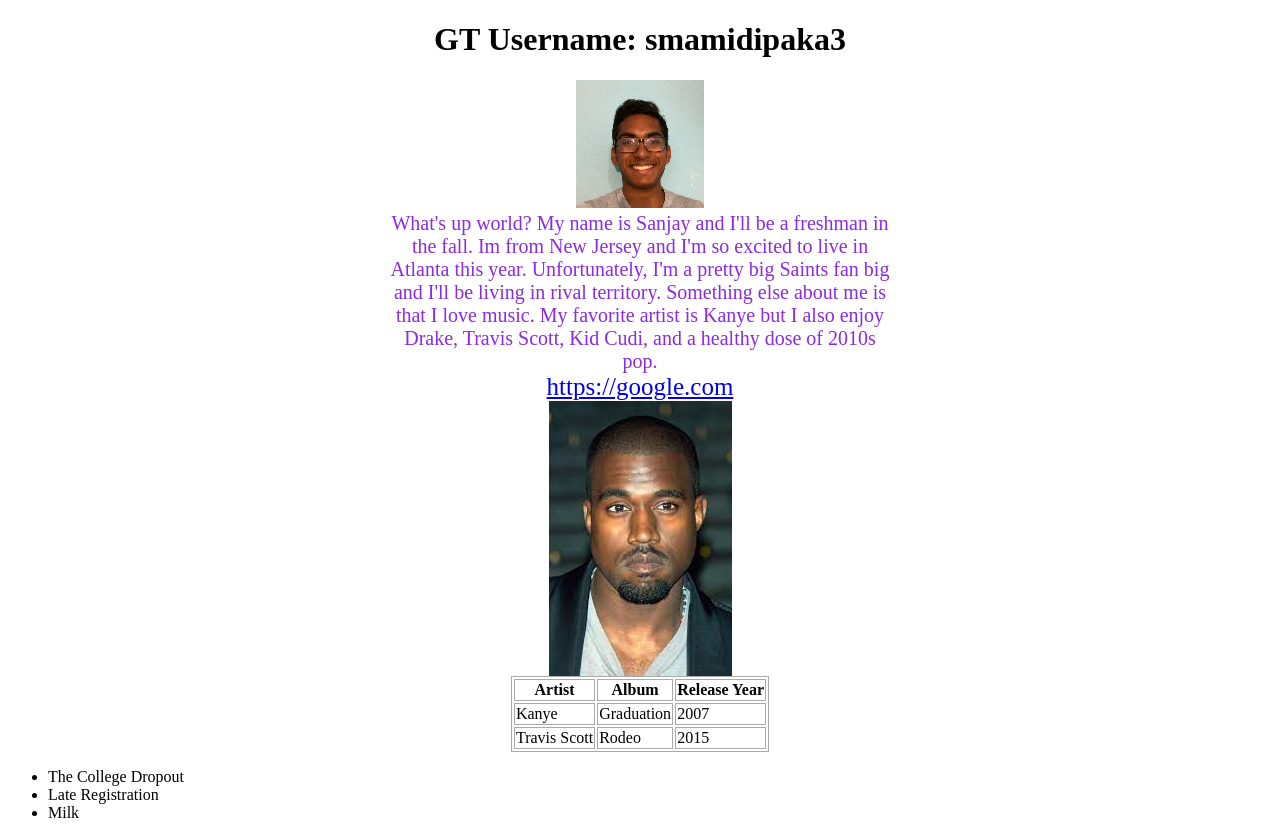
Repository: sanjayMamidipaka/cs1301
Page: lab01/index.html
The author's editor kept a copy of each file at every save. The page is drawn from the files as they stood at one save, then again after a run of saves.
The browser window is 1280 px wide. The pictures show the whole page.

Above is the page before, as saved 2021-07-22 16:55:20.

### lab01/index.html
<!DOCTYPE html>

<head>
    <link rel="stylesheet" href="style.css">
  </head>

  <div class = "h1">
    <h1>GT Username: smamidipaka3</h1>

    <img src="image.png" alt="My Picture">
    <p class = 'description'>
        What's up world? My name is Sanjay and I'll be a freshman in the fall. Im from New Jersey and I'm so excited to live in Atlanta this year.
        Unfortunately, I'm a pretty big Saints fan big and I'll be living in rival territory. Something else about me is that I love music. My favorite artist is Kanye but
        I also enjoy Drake, Travis Scott, Kid Cudi, and a healthy dose of 2010s pop.
    </p>

    <a class='link' href="https://google.com">https://google.com</a>

  </div>

  <a href="https://www.kanyewest.com/" >
    <img class='kanye' src="kanye.jpeg" alt="The GOAT's pic">
</a>

<table class='center'>
    <tr>
        <th>Artist</th>
        <th>Album</th>
        <th>Release Year</th>
    </tr>

    <tr>
        <td>Kanye</td>
        <td>Graduation</td>
        <td>2007</td>
    </tr>

    <tr>
        <td>Travis Scott</td>
        <td>Rodeo</td>
        <td>2015</td>
    </tr>
</table>

<ul class='list'>
    <li>The College Dropout</li>
    <li>Late Registration</li>
    <li>Milk</li>
  </ul>

### lab01/style.css
.h1 {
    text-align: center
}

.description {
    width: 500px;
    text-align: center;
    margin: auto;
    color: blueviolet;
    font-size: 20px;
}

.link {
    font-size: 25px;
}

.kanye {
    display: block;
    margin-left: auto;
    margin-right: auto;
}

.center, th, td {
    border: 1px solid #aaaaaa;
    margin-left: auto;
    margin-right: auto;
}

After the next 2 saves:
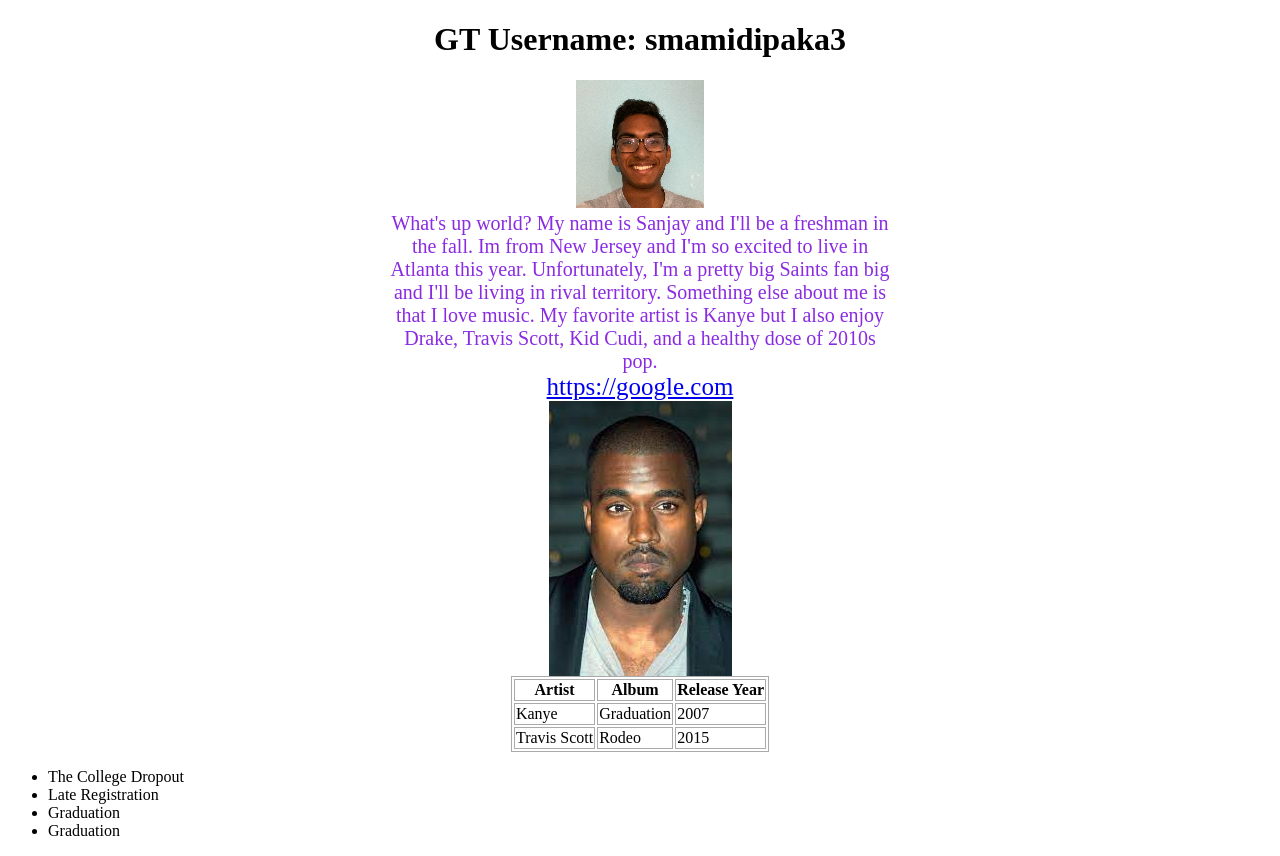
The 2 saves are shown as one change because they came seconds apart.
The last was saved 8 s later.
--- a/lab01/index.html
+++ b/lab01/index.html
@@ -45,5 +45,6 @@
 <ul class='list'>
     <li>The College Dropout</li>
     <li>Late Registration</li>
-    <li>Milk</li>
+    <li>Graduation</li>
+    <li>Graduation</li>
   </ul>
